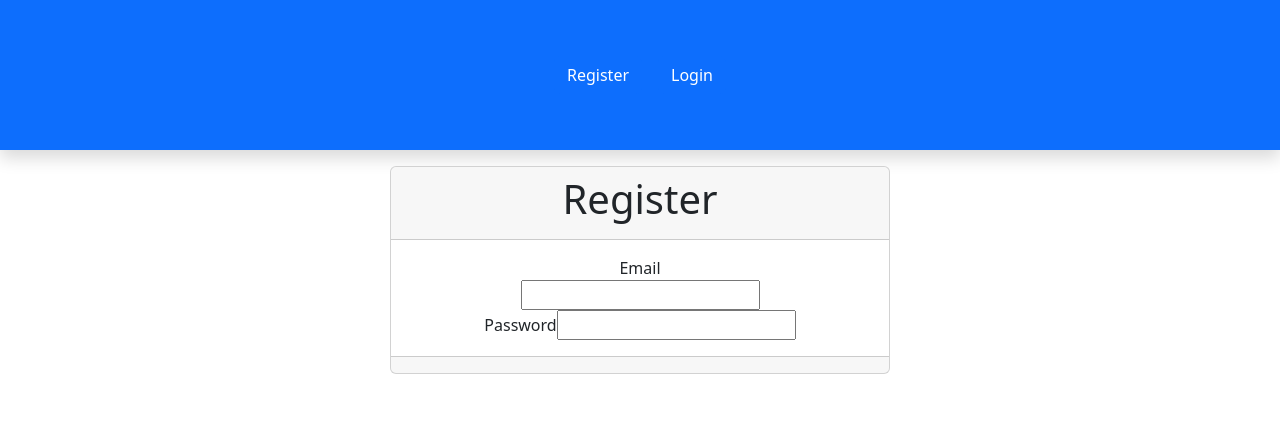
Repository: loveleii/firebase-login-logout
Page: /
The author's editor kept a copy of each file at every save. The page is drawn from the files as they stood at one save, then again after the next save.
The browser window is 1280 px wide. The pictures show the whole page.
The project was rebuilt for these pictures with package versions that can differ from the ones it lists, and the page was loaded fresh each time. Also part of the build but not shown: vite.config.ts, src/views/loginView.vue, src/assets/main.css.

Above is the page before, as saved 2023-03-04 19:34:14.

### src/main.js
import { createApp } from 'vue'
import { createPinia } from 'pinia'

import App from './App.vue'
import router from './router'
import "bootstrap/dist/css/bootstrap.min.css"
import bootstrap from "bootstrap/dist/js/bootstrap.bundle.js"

import './assets/main.css'

const app = createApp(App)

app.use(createPinia())
app.use(router)

app.mount('#app')

### src/App.vue
<script setup lang="ts">
import { RouterLink, RouterView } from 'vue-router'

</script>

<template>
  <div>
        <header class="bg-primary p-5 shadow">
            <div class="container_header">
                <div class="d-flex">
                    <RouterLink to="/" style="text-decoration: none;"><text class="text-white m-2 btn btn-primary">Register</text></RouterLink>
                    <RouterLink to="/login" style="text-decoration: none;"><text class="text-white m-2 btn btn-primary">Login</text></RouterLink>
                </div>
            </div>
        </header>
    </div>
    <div class="center_container m-3 rounded text-center">
      <RouterView />
    </div>

</template>

<style>
.container_header{
  display: grid;
  place-content: center;
}
.center_container{
  display: grid;
  place-content: center;
}

</style>

### src/router/index.js
import { createRouter, createWebHistory } from 'vue-router'
import registerView from '../views/registerView.vue'
import loginView from '../views/loginView.vue'

const router = createRouter({
  history: createWebHistory(import.meta.env.BASE_URL),
  routes: [
    {
      path: '/',
      name: 'reg',
      component: registerView
    },
    {
      path: '/login',
      name: 'log',
      component: loginView
    },

  ]
})

export default router

### src/views/registerView.vue
<template>
    <div class="card">
        <div class="card-header">
            <h1>Register</h1>
        </div>
        <div class="card-body float-left">
            <label for="">Email</label> <br>
            <input type="text" name="" id=""> <br>
            <label for="">Password</label>
            <input type="text" name="" id="">

        </div>
        <div class="card-footer">

        </div>
    </div>
</template>

<script>


</script>
<style>
.card{
    width: 500px;
}
</style>

Loaded but not shown: index.html (common file)

After the next save:
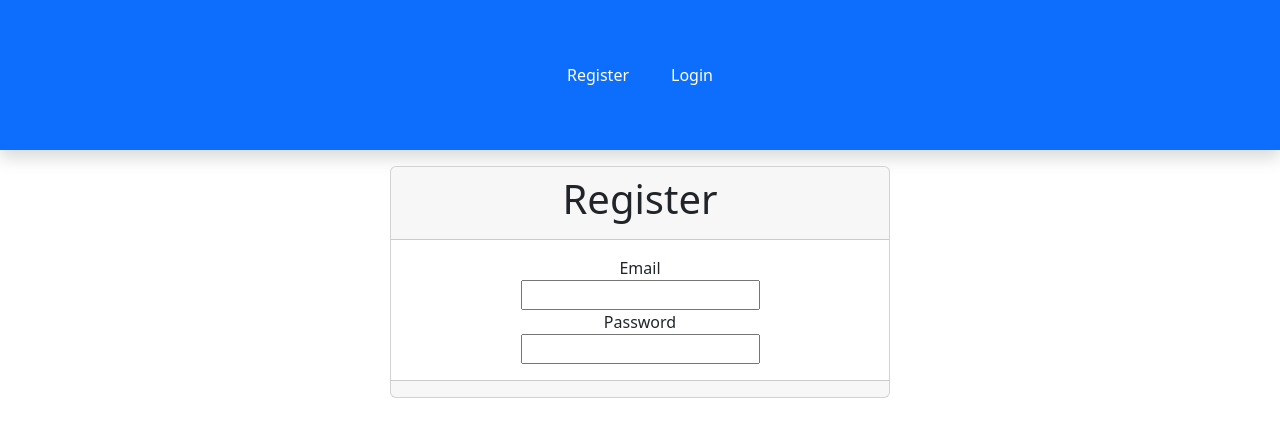
Saved 7 s later.
--- a/src/views/registerView.vue
+++ b/src/views/registerView.vue
@@ -6,7 +6,7 @@
         <div class="card-body float-left">
             <label for="">Email</label> <br>
             <input type="text" name="" id=""> <br>
-            <label for="">Password</label>
+            <label for="">Password</label> <br>
             <input type="text" name="" id="">
 
         </div>
